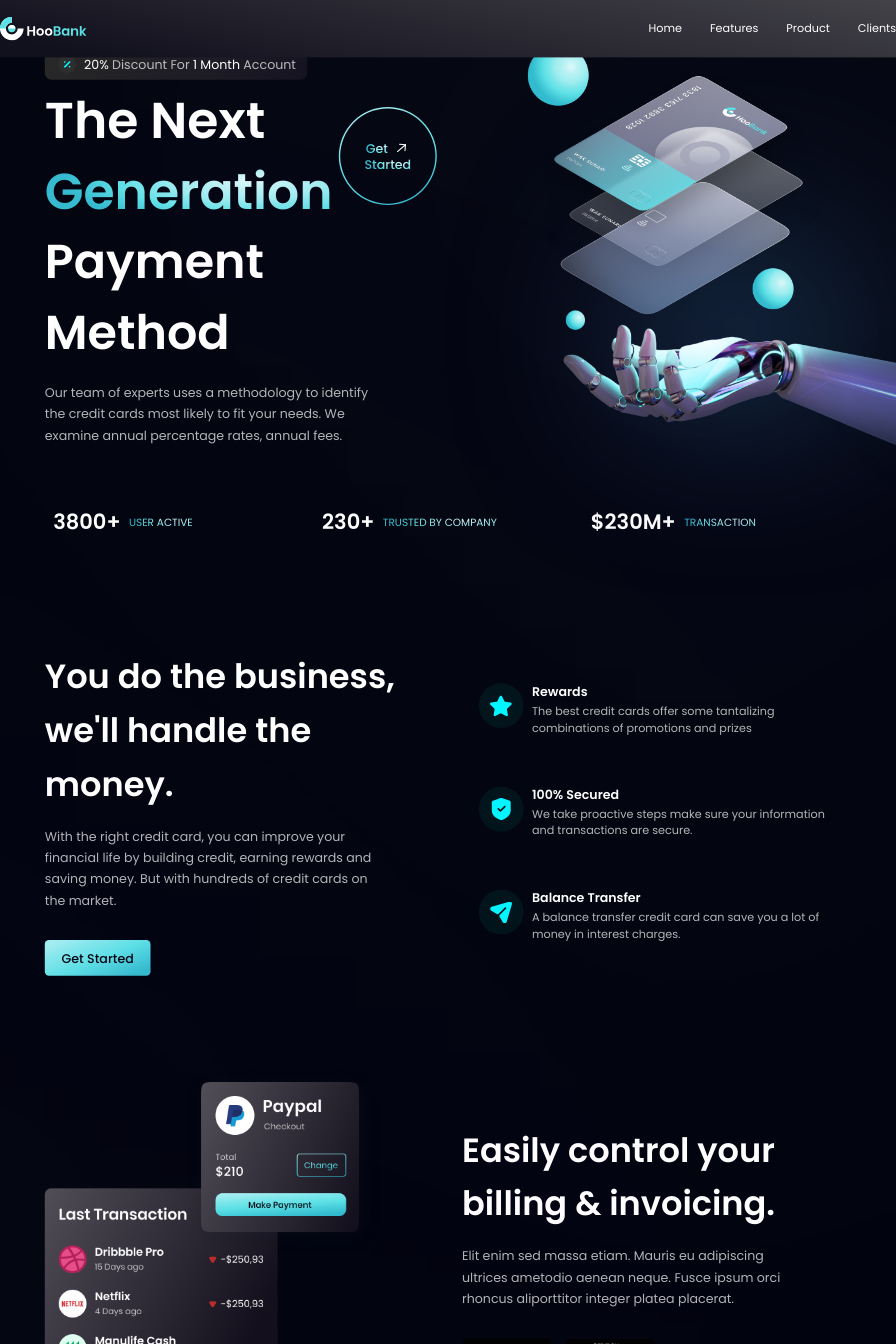
Repository: Carlito-Pedida/modern-app
Page: /
An editor plug-in stored every save of this project. The page is shown before and after the next save, followed by the edit.
The browser window is 1280 px wide. The pictures show the part of the page from y = 0 to 1920 px (the page is 4402 px tall before and 4484 px after), at 70% of full size.
The project was rebuilt for these pictures with package versions that can differ from the ones it lists, and the page was loaded fresh each time. Also part of the build but not shown: vite.config.js.

Above is the page before, as saved 2024-11-16 12:32:08.

After the next save:
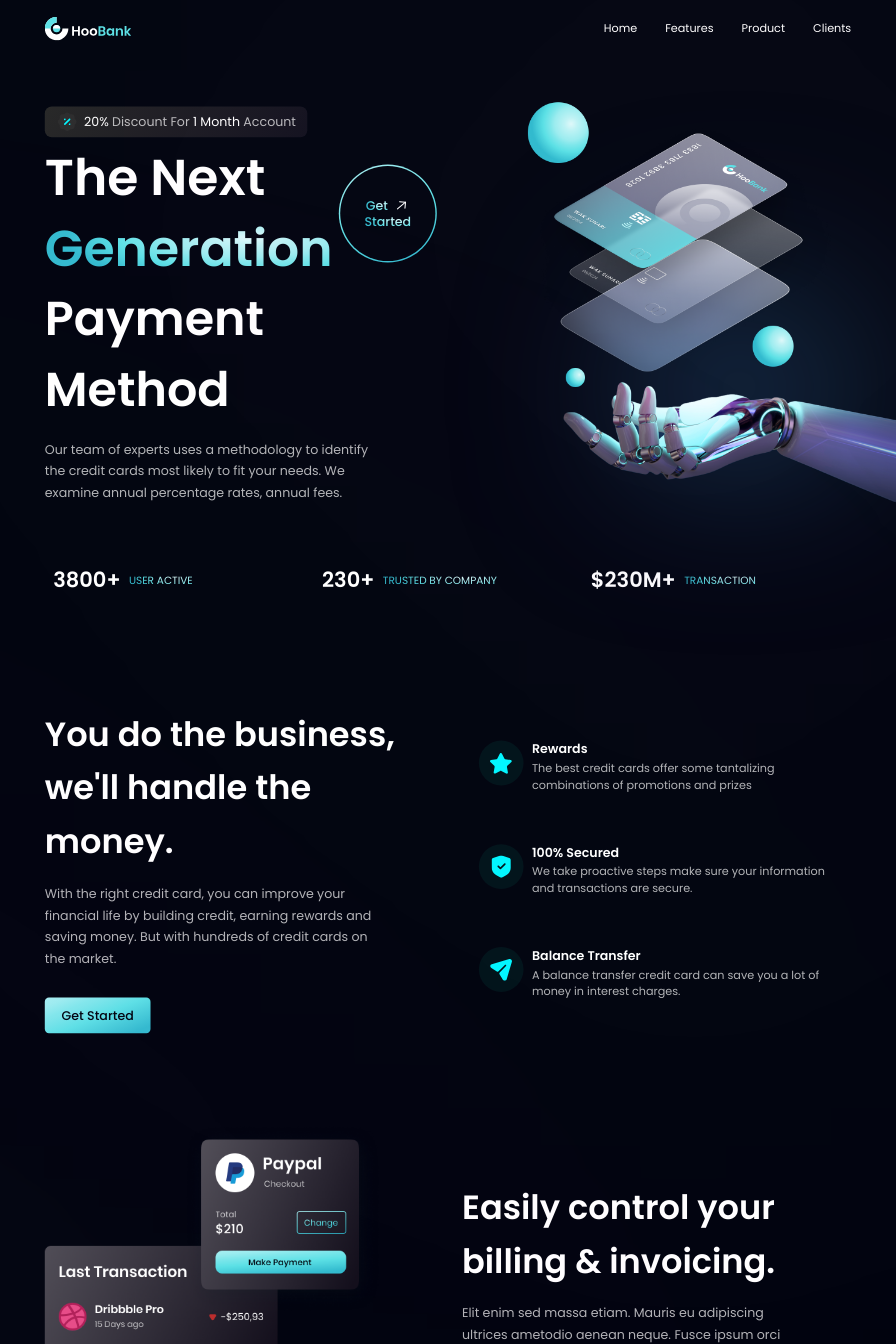
Saved 33 s later.
--- a/src/App.jsx
+++ b/src/App.jsx
@@ -16,7 +16,7 @@
   return (
     <div className="bg-primary w-full overflow-hidden">
       <div className={`${styles.paddingX} ${styles.flexCenter}`}>
-        <div className={`${styles.boxWidth} fixed top-0 z-50   bg-black-gradient-2 w-full`}>
+        <div className={`${styles.boxWidth}`}>
           <Navbar/>
         </div>
       </div>

After the save that followed:
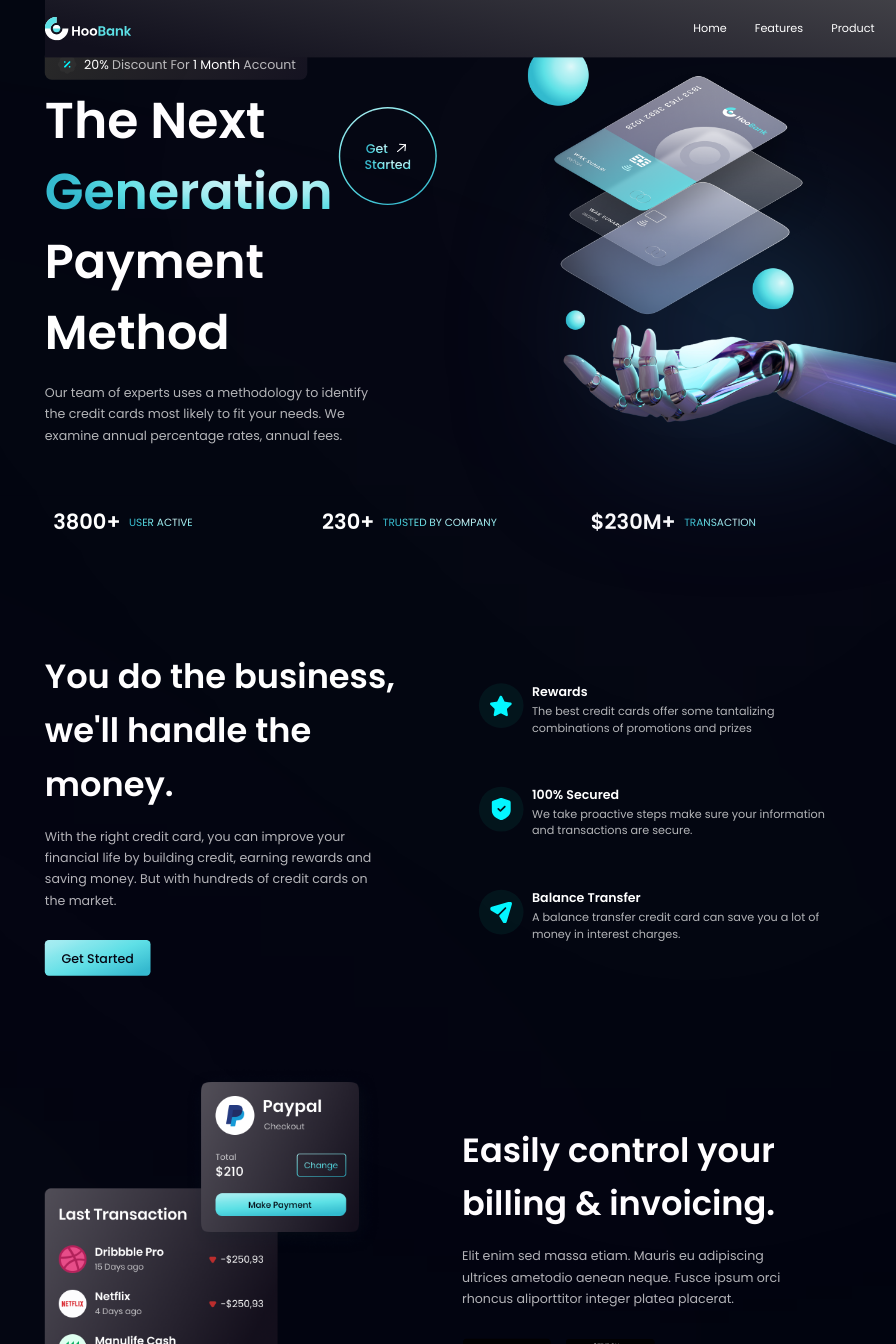
Saved 26 s later.
--- a/src/components/Navbar.jsx
+++ b/src/components/Navbar.jsx
@@ -7,7 +7,7 @@
 const [toggle, setToggle] = useState(false)
 
   return (
-    <nav className="w-full flex py-6 justify-between items-center navbar">
+    <nav className="w-full flex py-6 justify-between items-center navbar  fixed top-0 z-50 bg-black-gradient-2">
       <img src={logo} alt='hoobank' className='w-[124px] h-[32px ]' />
 
       <ul className='list-none sm:flex hidden justify-end items-center flex-1'>
